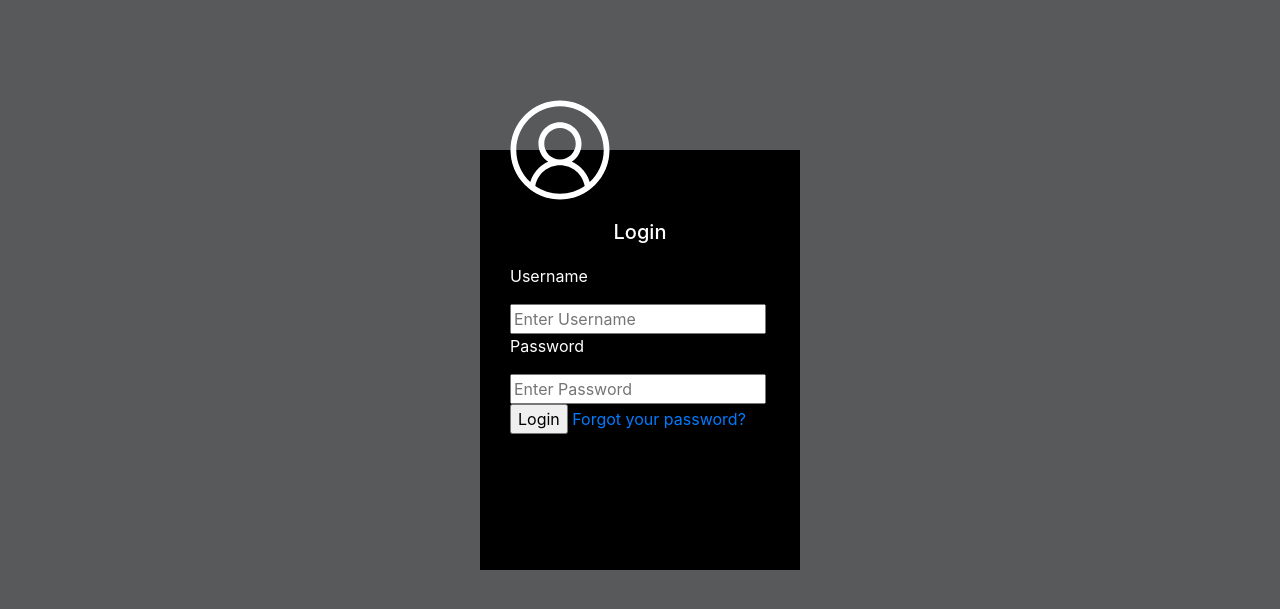
Repository: Lovekr/stylester
Page: stylster_frontend_design/login.html
These files come from the project's save history. The page is drawn as it stood at one moment and after the next save; the edit follows.
The browser window is 1280 px wide. The pictures show the whole page.

Above is the page before, as saved 2020-03-03 15:12:11.

After the next save:
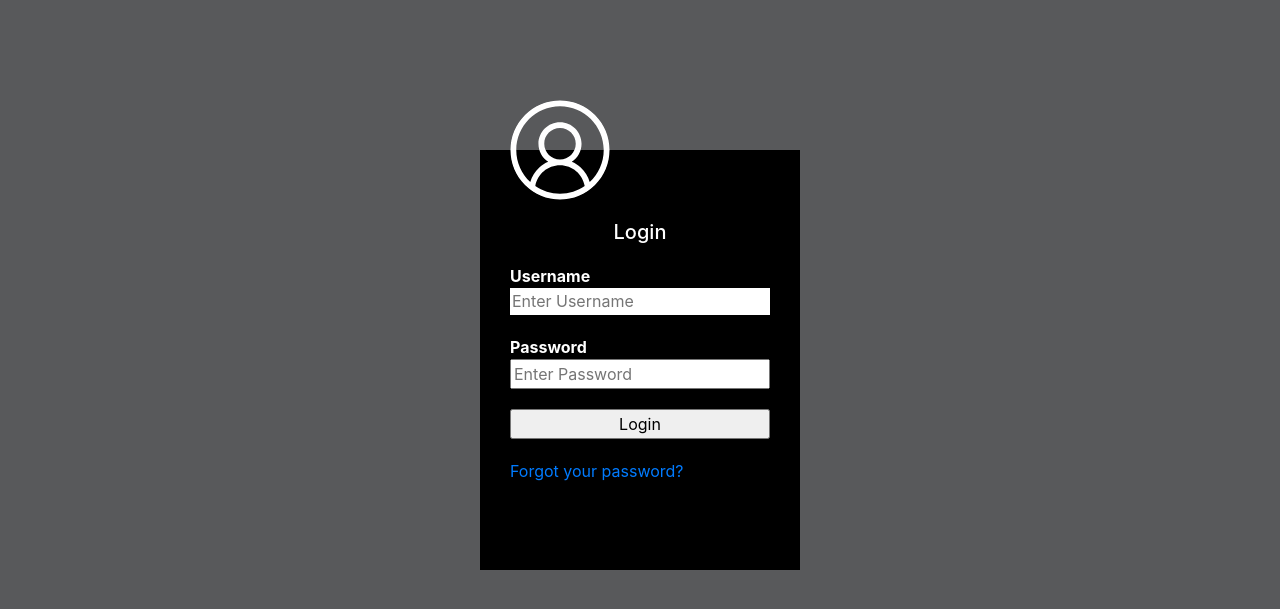
Saved 8 min 30 s later.
--- a/stylster_frontend_design/css/login.css
+++ b/stylster_frontend_design/css/login.css
@@ -31,3 +31,17 @@
     text-align: center;
     font-size: 20px;
 }
+.loginbox p{
+    margin: 0;
+    padding: 0;
+    font-weight: bold;
+}
+.loginbox input{
+    width: 100%;
+    margin-bottom: 20px;
+}
+.loginbox input[type="text"], input[type="password"]
+{
+    border: none;
+    border-bottom: 1px solid #fff;
+}
